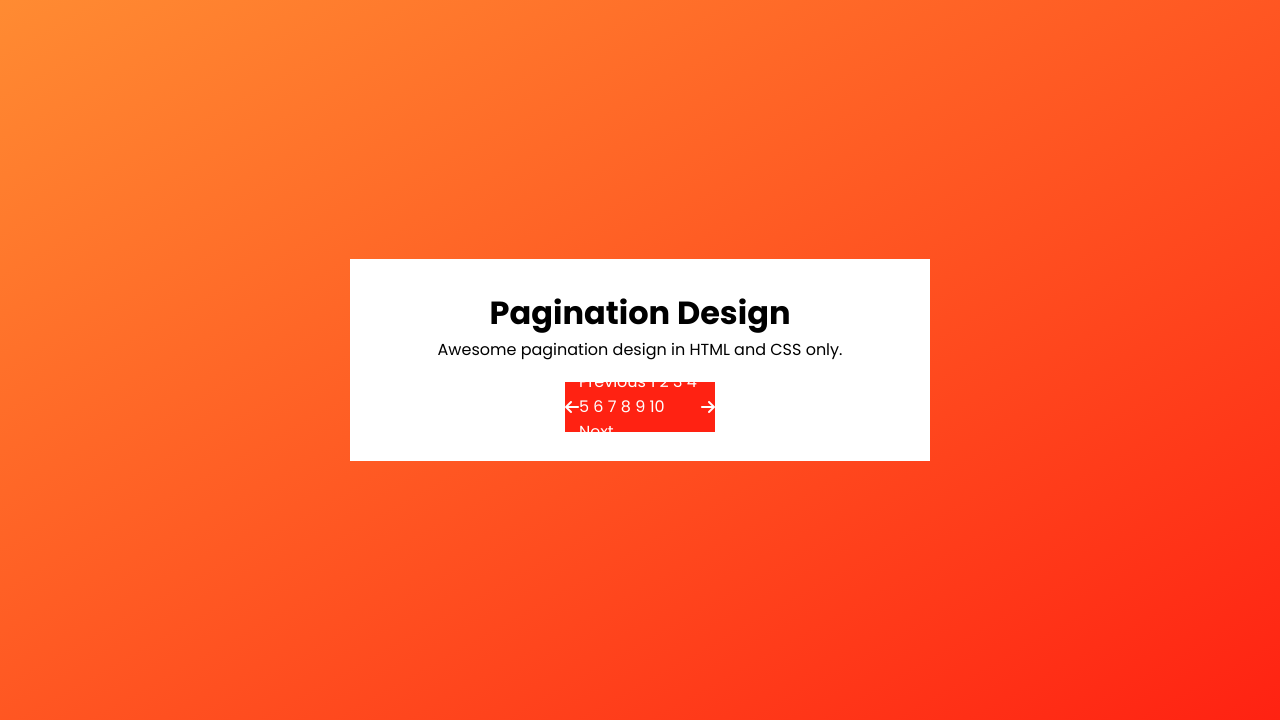
Repository: Ankitkr2021/Awesome-Pagination
Page: index.html
The author's editor kept a copy of each file at every save. The page is drawn from the files as they stood at one save, then again after the next save.
The browser window is 1280 px wide. The pictures show the whole page.

Above is the page before, as saved 2025-10-02 09:01:45.

### index.html
<!DOCTYPE html>
<html lang="en">
<head>
    <meta charset="UTF-8">
    <meta name="viewport" content="width=device-width, initial-scale=1.0">
    <title>Document</title>
    <link rel="stylesheet" href="https://cdnjs.cloudflare.com/ajax/libs/font-awesome/6.5.0/css/all.min.css">
    <link rel="stylesheet" href="./style.css">
</head>
<body>
    <div class="page">
        <h1>Pagination Design</h1>
        <p>Awesome pagination design in HTML and CSS only.</p>
        <div class="box">
             <i class="fas fa-arrow-left"></i>Previous
            1
            2
            3
            4
            5
            6
            7
            8
            9
            10
            Next <i class="fas fa-arrow-right"></i>
        </div>
    </div>
</body>
</html>

### style.css
@import url("https://fonts.googleapis.com/css2?family=Poppins:wght@300;400;500;600;700&display=swap");

*{
    margin: 0;
    padding: 0;
    box-sizing: border-box;
    font-family: "Poppins",sans-serif;
}

body{
    display: flex;
   justify-content: center;
   align-items: center;
    height: 100vh;
    width: 100%;
    background: linear-gradient(to bottom right, rgb(255, 139, 50), rgb(255, 34, 18));
}

.page{
   display: flex;
   justify-content: center;
   align-items: center;
   flex-direction: column;
   background: #fff;
   width: 580px;
   height: 202px;
}

h1 {
    padding: 0 20px;
}

p {
    margin-bottom: 20px;
}

.box {
    background: rgb(255, 34, 18);
    color: #fff;
    height: 50px;
    width: 150px;
    display: flex;
    justify-content: center;
    align-items: center;
}

After the next save:
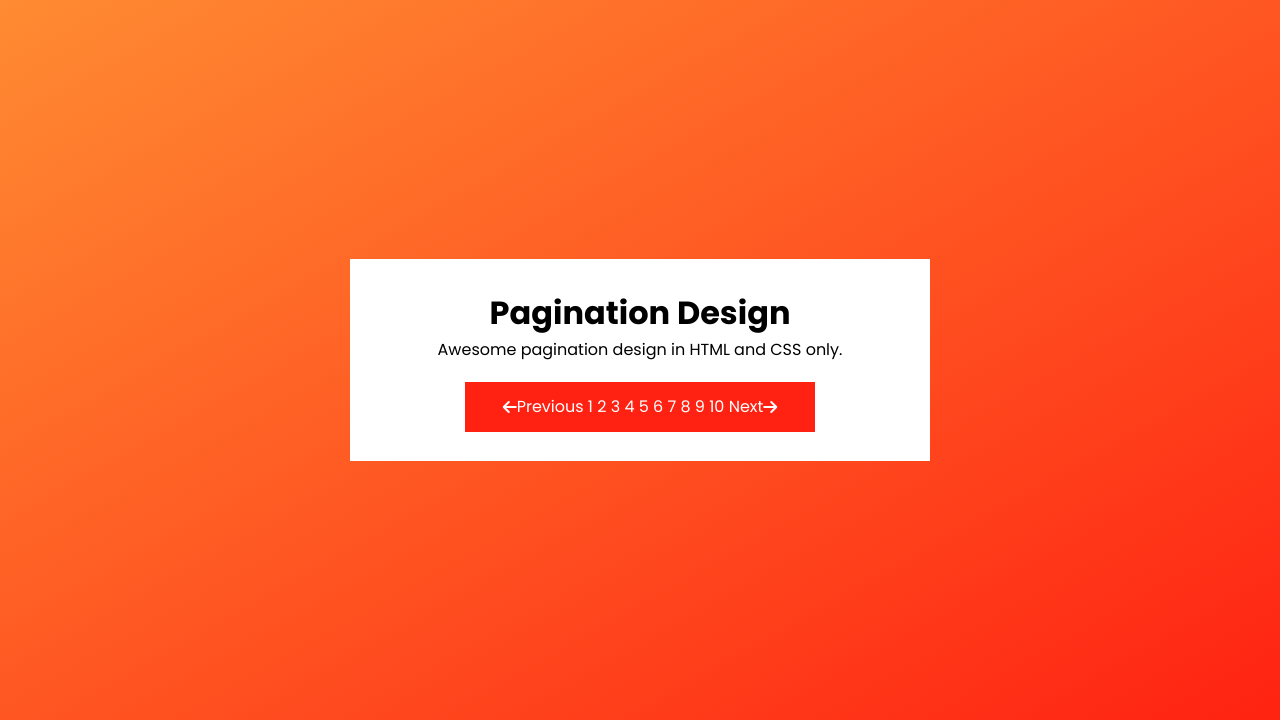
Saved 4 s later.
--- a/style.css
+++ b/style.css
@@ -38,7 +38,7 @@ p {
     background: rgb(255, 34, 18);
     color: #fff;
     height: 50px;
-    width: 150px;
+    width: 350px;
     display: flex;
     justify-content: center;
     align-items: center;
